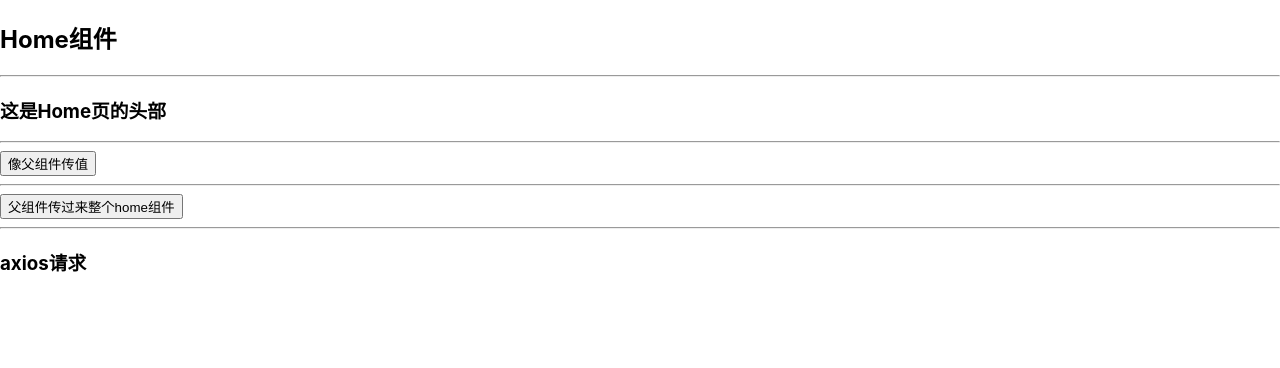
Repository: zhenzhen-gong/react-learning
Page: /content/01
An editor plug-in stored every save of this project. The page is shown before and after the next save, followed by the edit.
The browser window is 1280 px wide. The pictures show the whole page.
The project was rebuilt for these pictures with package versions that can differ from the ones it lists, and the page was loaded fresh each time.

Above is the page before, as saved 2021-04-17 18:15:16.

After the next save:
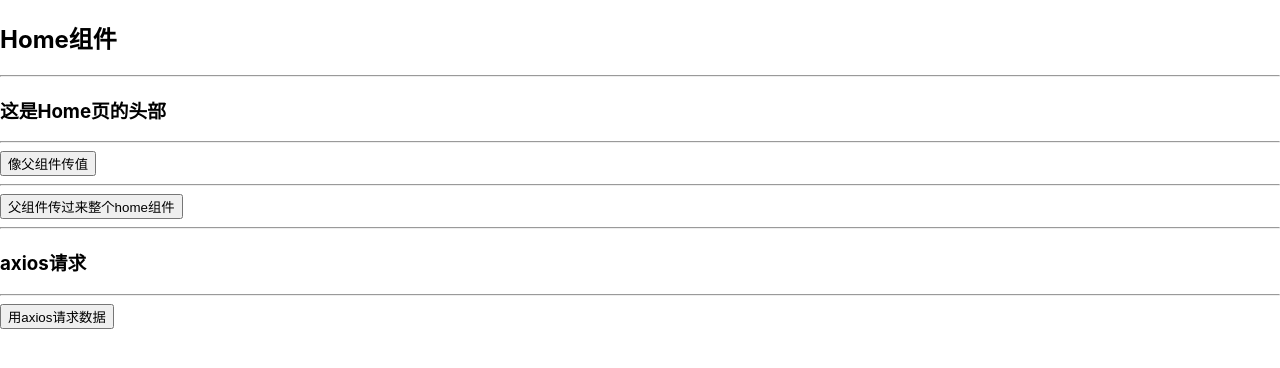
Saved 13 min 48 s later.
--- a/src/component/axios.js
+++ b/src/component/axios.js
@@ -3,12 +3,18 @@ import React, {Component} from 'react'
 class axios extends Component {
   constructor(props) {
     super(props);
-    this.state = {  }
+    this.state = {
+      list: []
+     }
   }
+
+
   render() {
     return (
         <div>
            <h3>axios请求</h3>
+           <hr />
+           <button onClick={this.getData}>用axios请求数据</button>
         </div>
     );
   }
